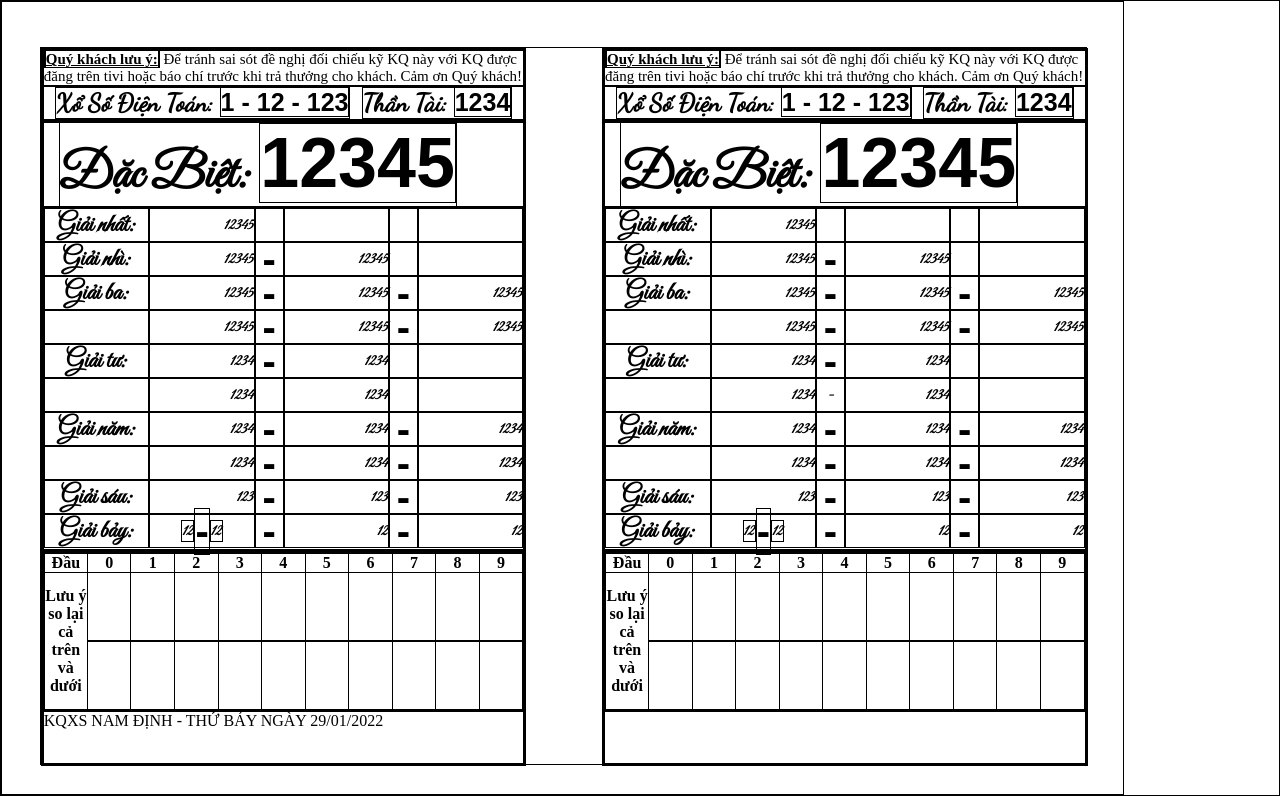
Repository: AnhDuc0125/xskt123
Page: index.html
The author's editor kept a copy of each file at every save. The page is drawn from the files as they stood at one save, then again after the next save.
The browser window is 1280 px wide. The pictures show the whole page.
Some web fonts or font styles are not loaded; a fallback is used.

Above is the page before, as saved 2022-01-29 18:12:20.
Console error: TypeError: Cannot set properties of null (setting 'innerHTML')

After the next save:
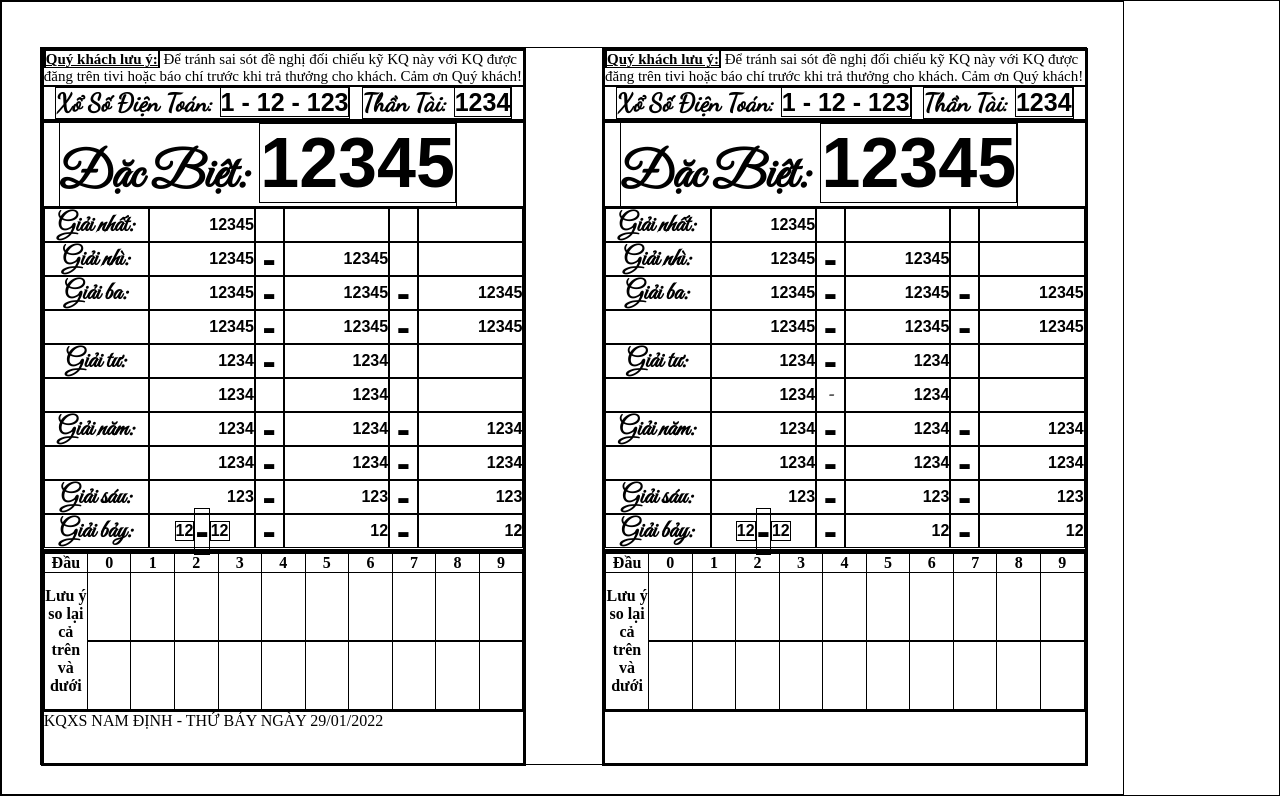
Saved 54 s later.
--- a/style.css
+++ b/style.css
@@ -54,7 +54,8 @@ body {
 #data__dienToan--2,
 #data__thanTai--2,
 #data__dacBiet,
-.data__body {
+.data__body--1,
+.data__body--2 {
   font-family: arial;
 }
 
